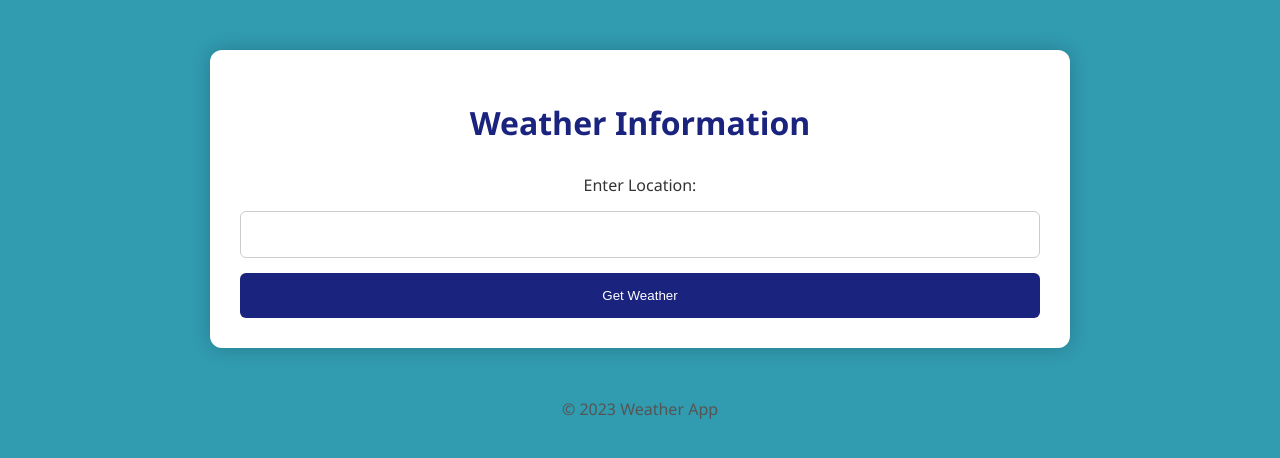
Repository: muke2110/weather
Page: http://localhost/
An editor plug-in stored every save of this project. The page is shown before and after the next save, followed by the edit.
The browser window is 1280 px wide. The pictures show the whole page.
The page is served by the project's Node server (app.js).

Above is the page before, as saved 2023-12-08 19:32:33.

### views/index.ejs
<!DOCTYPE html>
<html lang="en">
<head>
  <meta charset="UTF-8">
  <meta name="viewport" content="width=device-width, initial-scale=1.0">
  <title>Weather Information</title>
  <link rel="stylesheet" href="/styles.css">

</head>
<body>
  <div class="container">
    <h1>Weather Information</h1>

    <form action="/location" method="post">
      <label for="locationInput">Enter Location:</label>
      <input type="text" id="locationInput" name="location" required>
      <button type="submit">Get Weather</button>
    </form>

    <% if (error) { %>
      <p class="error-message">Error: <%= error %></p>
    <% } else if (location) { %>
      <div id="weatherResult">
        <img src= <%= png %>>
        <p>Location: <%= place.name %></p>
        <p>Temperature: <%= location.temp_c %>°C</p>
        <p>Condition: <%= location.condition.text %></p>
      </div>
    <% } %>
  </div>
  <footer>
    <!-- Your footer content goes here -->
    <p>&copy; 2023 Weather App</p>
  </footer>
</body>
<script>
  if (performance.navigation.type === 1) {
    // Redirect to the home page
    window.location.href = "/";
  }
</script>
</html>

### app.js
const axios = require('axios');
const express = require('express');
const app = express();
const port = 3000;

app.use(express.json());
app.use(express.urlencoded({ extended: true }));
// Add this line after app initialization
app.use(express.static('public'));


app.set('view engine', 'ejs');

app.get('/', (req, res) => {
  res.render('index', { error: null, location: null });
});

app.post('/location', async (req, res) => {
  const { location } = req.body;

  if (!location) {
    return res.render('index', { error: 'Location is required in the request body', location: null });
  }

  const apiUrl = `https://api.weatherapi.com/v1/current.json?key=c3961c028a3640cfad7132456230212&q=${location}&aqi=yes`;

  try {
    const response = await axios.get(apiUrl);
    const data = response.data;

    console.log(`Location : ${data.location.name}\nCondition : ${data.current.condition.text}\nTemperature : ${data.current.temp_c}`);
    // Render the EJS file with the weather information
    res.render('index', { error: null, location: data.current ,place: data.location, png:data.current.condition.icon});
  } catch (error) {
    console.error('Error fetching data:', error);
    res.render('index', { error: 'Internal Server Error', location: null });
  }
});

app.listen(port, () => {
  console.log(`Server is running on port ${port}`);
});

### public/styles.css
/* styles.css */

body {
    font-family: 'Segoe UI', Tahoma, Geneva, Verdana, sans-serif; /* Changed font-family */
    margin: 0;
    padding: 0;
    background-color: #319bb0; /* Light blue background */
}

.container {
    max-width: 800px; /* Increased max-width for a more spacious feel */
    margin: 50px auto;
    background-color: #ffffff;
    padding: 30px;
    border-radius: 12px; /* Rounded corners */
    box-shadow: 0 0 20px rgba(0, 0, 0, 0.2);
}

h1 {
    text-align: center;
    color: #1a237e; /* Dark blue color */
}

form {
    display: flex;
    flex-direction: column;
    align-items: center;
    margin-top: 30px; /* Increased margin-top for better spacing */
}

label {
    margin-bottom: 15px; /* Increased margin for better spacing */
    color: #333;
}

input {
    padding: 15px;
    margin-bottom: 15px;
    width: 100%;
    box-sizing: border-box;
    border: 1px solid #ccc; /* Added a subtle border */
    border-radius: 6px; /* Rounded input corners */
}

button {
    padding: 15px;
    background-color: #1a237e; /* Dark blue button color */
    color: #fff;
    border: none;
    cursor: pointer;
    transition: background-color 0.3s;
    width: 100%;
    box-sizing: border-box;
    border-radius: 6px; /* Rounded button corners */
}

button:hover {
    background-color: #0d47a1; /* Darker blue on hover */
}

#weatherResult {
    margin-top: 30px;
    padding: 30px;
    border: 1px solid #ccc;
    border-radius: 12px;
    background-color: #f0f8ff; /* Lighter blue background */
}

footer {
    text-align: center;
    margin-top: 30px;
    color: #555; /* Dark gray text color */
}

After the next save:
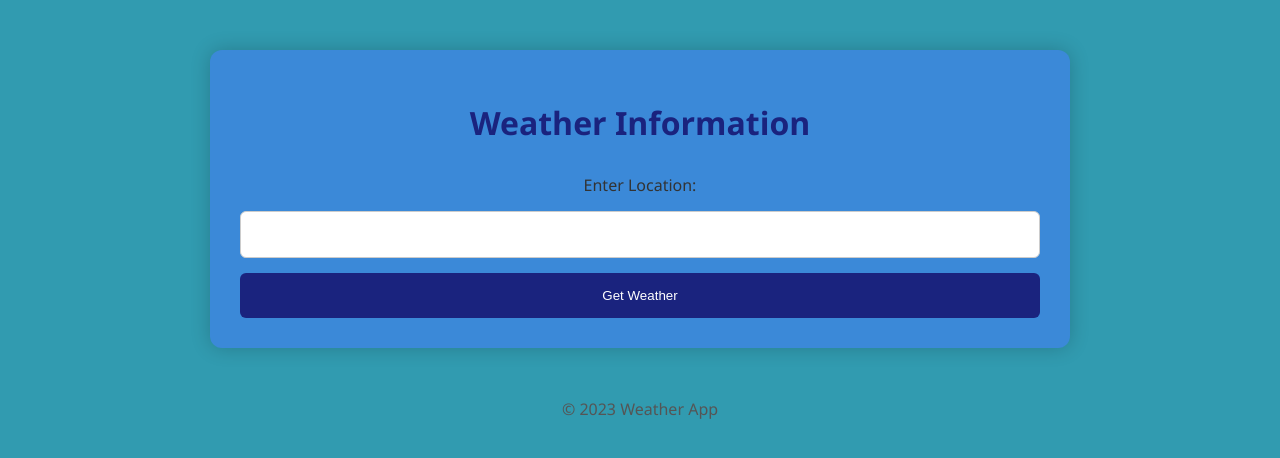
Saved 4 s later.
--- a/public/styles.css
+++ b/public/styles.css
@@ -10,7 +10,7 @@ body {
 .container {
     max-width: 800px; /* Increased max-width for a more spacious feel */
     margin: 50px auto;
-    background-color: #ffffff;
+    background-color: #3b89d8;
     padding: 30px;
     border-radius: 12px; /* Rounded corners */
     box-shadow: 0 0 20px rgba(0, 0, 0, 0.2);
